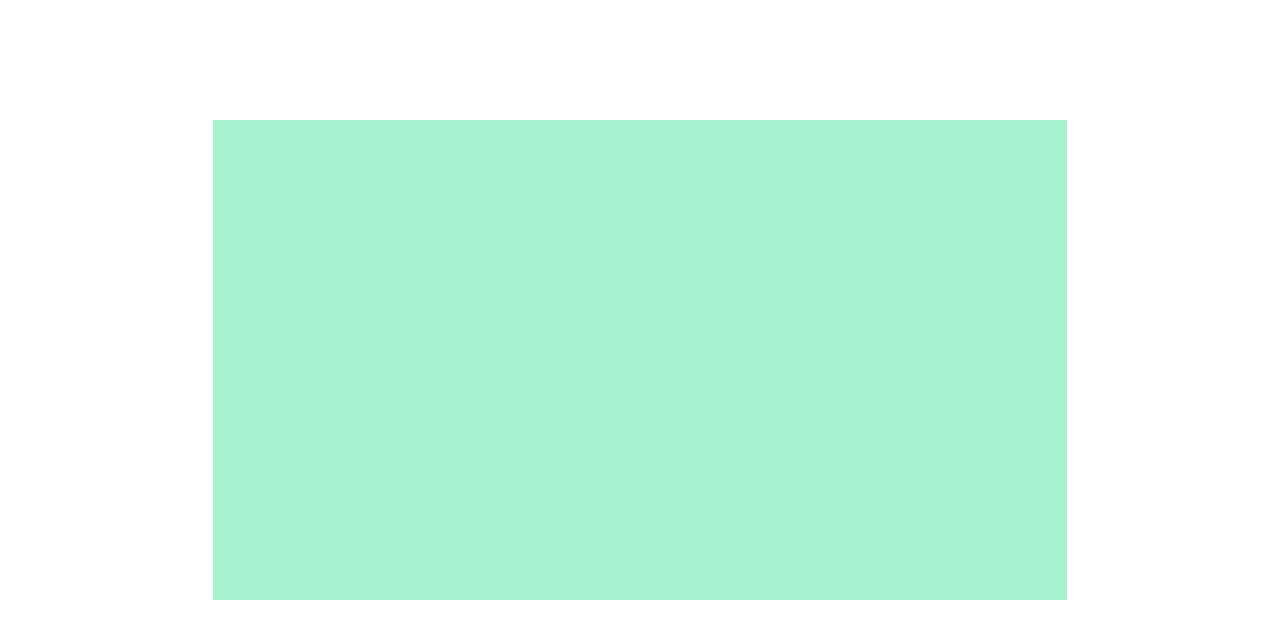
Repository: saad-elabboubi/tahalkobra
Page: /
An editor plug-in stored every save of this project. The page is shown before and after the next save, followed by the edit.
The browser window is 1280 px wide. The pictures show the whole page.
The project was rebuilt for these pictures with package versions that can differ from the ones it lists, and the page was loaded fresh each time. The framework's server and built-in components were replaced by stand-ins that run in the browser. Also part of the build but not shown: svelte.config.js, vite.config.ts.

Above is the page before, as saved 2023-04-08 17:57:14.

After the next save:
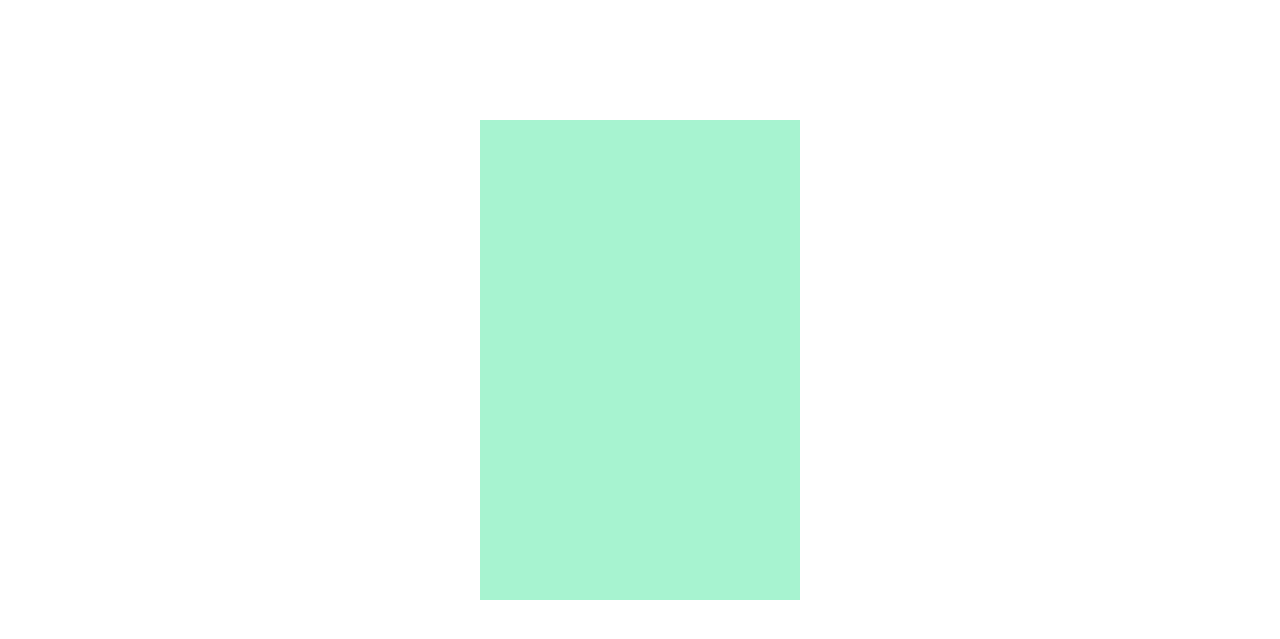
Saved 23 s later.
--- a/src/routes/+page.svelte
+++ b/src/routes/+page.svelte
@@ -1,5 +1,5 @@
 <body class="body h-screen w-screen flex flex-row justify-center ">
-    <div class="gameborder grid grid-rows-4 grid-cols-4 bg-emerald-200  h-2/3 w-2/3 self-center ">
+    <div class="gameborder grid grid-rows-4 grid-cols-4 bg-emerald-200  h-2/3 w-1/4 self-center ">
 
     </div>
 
